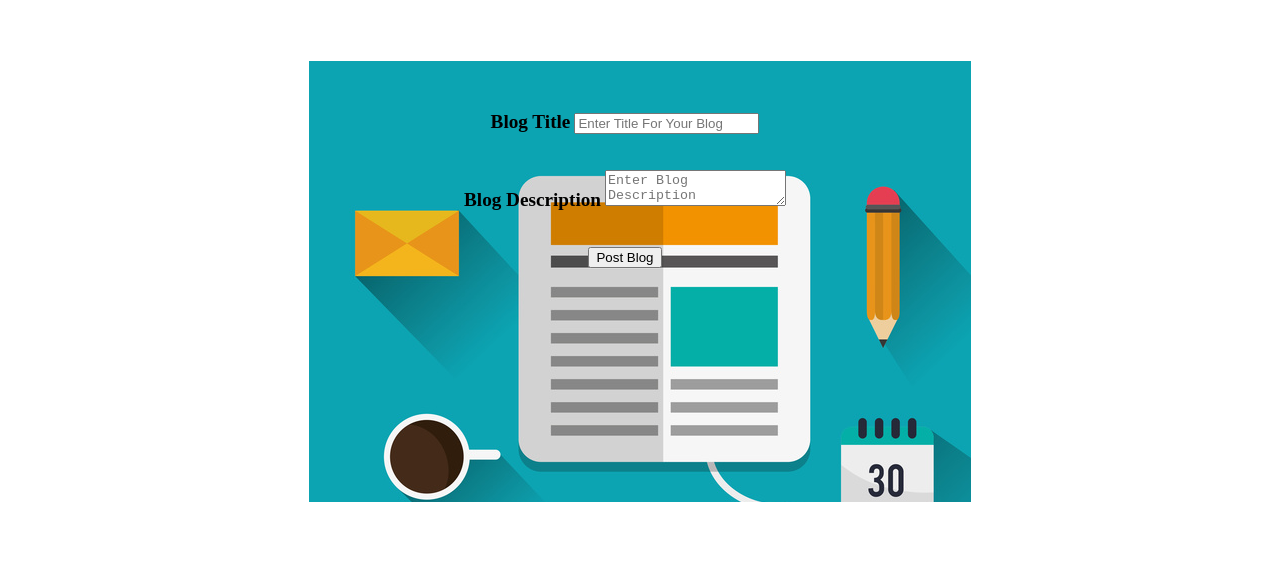
Repository: NeeleshPoojari/Project-2
Page: frontend_project2/WebContent/views/blogpostform.html
The author's editor kept a copy of each file at every save. The page is drawn from the files as they stood at one save, then again after the next save.
The browser window is 1280 px wide. The pictures show the whole page.

Above is the page before, as saved 2017-07-17 16:03:16.

After the next save:
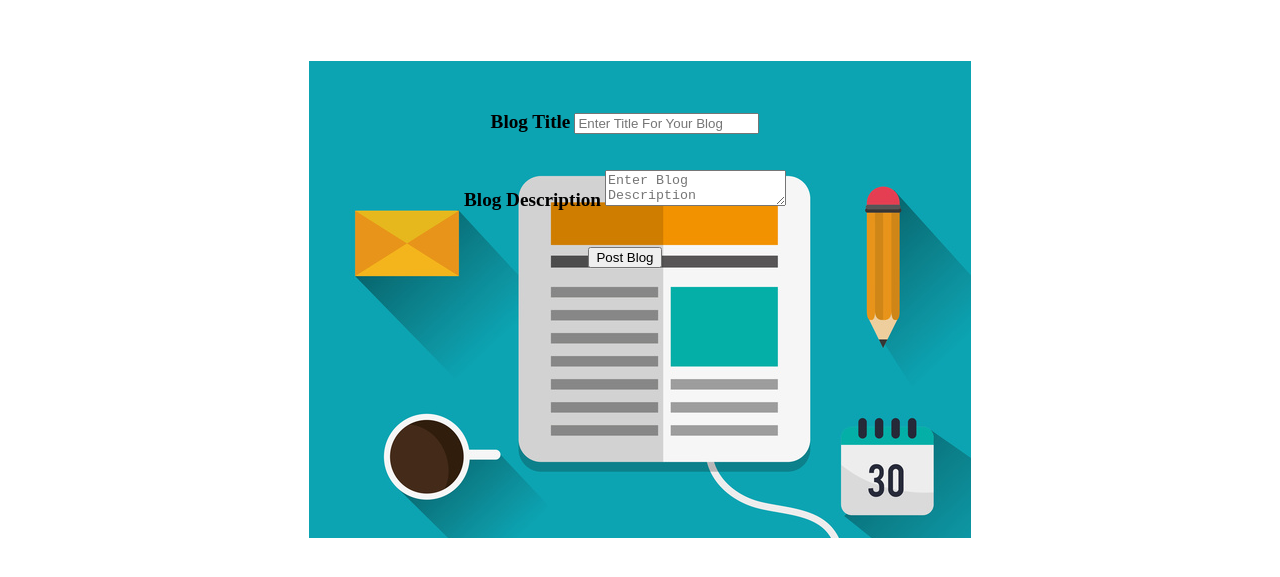
Saved 26 s later.
--- a/frontend_project2/WebContent/views/blogpostform.html
+++ b/frontend_project2/WebContent/views/blogpostform.html
@@ -24,7 +24,7 @@
 				<button class="btn btn-success" ng-click="saveBlogPost()">Post
 					Blog</button>
 
-		<br><br><br><br><br><br><br>
+		<br><br><br><br><br><br><br><br><br>
 	</form>
 
 
